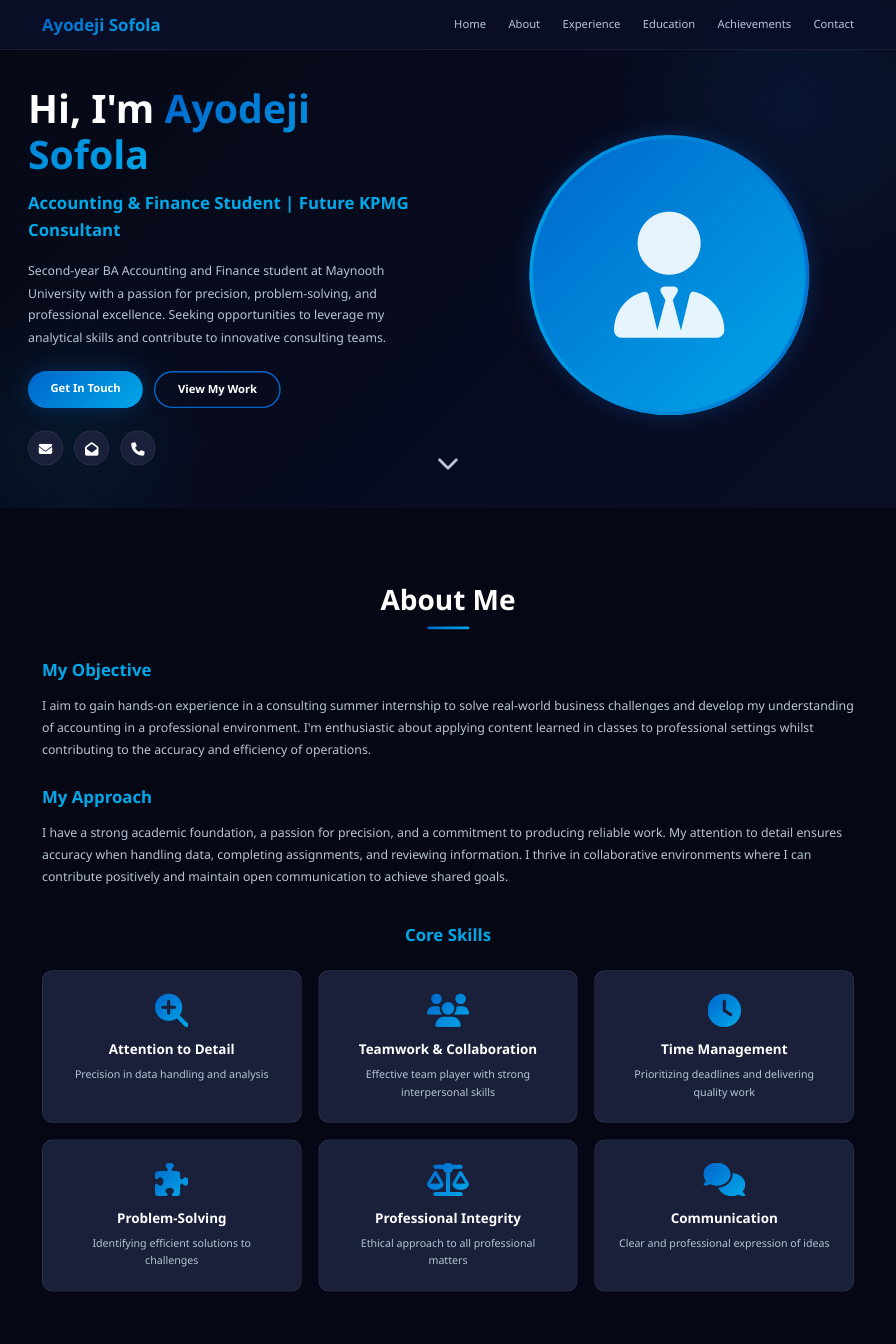
Repository: Daniel-01000/Ayodeji-s_Website
Page: index.html
These files come from the project's save history. The page is drawn as it stood at one moment and after the next save; the edit follows.
The browser window is 1280 px wide. The pictures show the part of the page from y = 0 to 1920 px (the page is 6713 px tall before and 6707 px after), at 70% of full size.

Above is the page before, as saved 2025-11-30 03:57:37.

### index.html
<!DOCTYPE html>
<html lang="en">
<head>
    <meta charset="UTF-8">
    <meta name="viewport" content="width=device-width, initial-scale=1.0">
    <title>Ayodeji Sofola - Portfolio</title>
    <link rel="stylesheet" href="styles.css">
    <link rel="stylesheet" href="https://cdnjs.cloudflare.com/ajax/libs/font-awesome/6.4.0/css/all.min.css">
</head>
<body>
    <!-- Navigation -->
    <nav class="navbar">
        <div class="nav-container">
            <a href="#home" class="nav-logo">Ayodeji Sofola</a>
            <ul class="nav-menu">
                <li><a href="#home" class="nav-link">Home</a></li>
                <li><a href="#about" class="nav-link">About</a></li>
                <li><a href="#experience" class="nav-link">Experience</a></li>
                <li><a href="#education" class="nav-link">Education</a></li>
                <li><a href="#achievements" class="nav-link">Achievements</a></li>
                <li><a href="#contact" class="nav-link">Contact</a></li>
            </ul>
            <div class="hamburger">
                <span class="bar"></span>
                <span class="bar"></span>
                <span class="bar"></span>
            </div>
        </div>
    </nav>

    <!-- Hero Section -->
    <section id="home" class="hero">
        <div class="hero-container">
            <div class="hero-content">
                <h1 class="hero-title">
                    Hi, I'm <span class="gradient-text">Ayodeji Sofola</span>
                </h1>
                <p class="hero-subtitle">Accounting & Finance Student | Future KPMG Consultant</p>
                <p class="hero-description">
                    Second-year BA Accounting and Finance student at Maynooth University with a passion for precision,
                    problem-solving, and professional excellence. Seeking opportunities to leverage my analytical skills
                    and contribute to innovative consulting teams.
                </p>
                <div class="hero-buttons">
                    <a href="#contact" class="btn btn-primary">Get In Touch</a>
                    <a href="#experience" class="btn btn-secondary">View My Work</a>
                </div>
                <div class="hero-social">
                    <a href="mailto:AYODEJI.SOFOLA.2025@mumail.ie" class="social-link" title="Email">
                        <i class="fas fa-envelope"></i>
                    </a>
                    <a href="mailto:DSOFOLA8@GMAIL.COM" class="social-link" title="Alternate Email">
                        <i class="fas fa-envelope-open"></i>
                    </a>
                    <a href="tel:0899871256" class="social-link" title="Phone">
                        <i class="fas fa-phone"></i>
                    </a>
                </div>
            </div>
            <div class="hero-image">
                <div class="image-placeholder">
                    <i class="fas fa-user-tie"></i>
                </div>
            </div>
        </div>
        <div class="scroll-indicator">
            <a href="#about">
                <i class="fas fa-chevron-down"></i>
            </a>
        </div>
    </section>

    <!-- About Section -->
    <section id="about" class="about">
        <div class="container">
            <h2 class="section-title">About Me</h2>
            <div class="about-content">
                <div class="about-text">
                    <h3>My Objective</h3>
                    <p>
                        I aim to gain hands-on experience in a consulting summer internship to solve real-world business challenges
                        and develop my understanding of accounting in a professional environment. I'm enthusiastic about applying
                        content learned in classes to professional settings whilst contributing to the accuracy and efficiency of operations.
                    </p>

                    <h3>My Approach</h3>
                    <p>
                        I have a strong academic foundation, a passion for precision, and a commitment to producing reliable work.
                        My attention to detail ensures accuracy when handling data, completing assignments, and reviewing information.
                        I thrive in collaborative environments where I can contribute positively and maintain open communication to achieve shared goals.
                    </p>
                </div>

                <div class="skills-container">
                    <h3>Core Skills</h3>
                    <div class="skills-grid">
                        <div class="skill-card">
                            <i class="fas fa-search-plus"></i>
                            <h4>Attention to Detail</h4>
                            <p>Precision in data handling and analysis</p>
                        </div>
                        <div class="skill-card">
                            <i class="fas fa-users"></i>
                            <h4>Teamwork & Collaboration</h4>
                            <p>Effective team player with strong interpersonal skills</p>
                        </div>
                        <div class="skill-card">
                            <i class="fas fa-clock"></i>
                            <h4>Time Management</h4>
                            <p>Prioritizing deadlines and delivering quality work</p>
                        </div>
                        <div class="skill-card">
                            <i class="fas fa-puzzle-piece"></i>
                            <h4>Problem-Solving</h4>
                            <p>Identifying efficient solutions to challenges</p>
                        </div>
                        <div class="skill-card">
                            <i class="fas fa-balance-scale"></i>
                            <h4>Professional Integrity</h4>
                            <p>Ethical approach to all professional matters</p>
                        </div>
                        <div class="skill-card">
                            <i class="fas fa-comments"></i>
                            <h4>Communication</h4>
                            <p>Clear and professional expression of ideas</p>
                        </div>
                    </div>
                </div>
            </div>
        </div>
    </section>

    <!-- Experience Section -->
    <section id="experience" class="experience">
        <div class="container">
            <h2 class="section-title">Experience</h2>
            <div class="timeline">
                <div class="timeline-item">
                    <div class="timeline-dot"></div>
                    <div class="timeline-content">
                        <div class="timeline-date">Recent</div>
                        <h3>Work Placement - PurePharmacy, Dundalk</h3>
                        <ul class="timeline-list">
                            <li>
                                <i class="fas fa-check-circle"></i>
                                Gained experience handling confidential information by following set procedures
                            </li>
                            <li>
                                <i class="fas fa-check-circle"></i>
                                Supported daily operational tasks, strengthening organisation and teamwork abilities in a professional workplace
                            </li>
                            <li>
                                <i class="fas fa-check-circle"></i>
                                Learned the importance of efficiency and accuracy in a fast-paced environment
                            </li>
                        </ul>
                    </div>
                </div>

                <div class="timeline-item">
                    <div class="timeline-dot"></div>
                    <div class="timeline-content">
                        <div class="timeline-date">Ongoing</div>
                        <h3>Homework Tutor</h3>
                        <ul class="timeline-list">
                            <li>
                                <i class="fas fa-check-circle"></i>
                                Helped primary school and junior cert students with completing homework by explaining questions clearly and communicating effectively
                            </li>
                            <li>
                                <i class="fas fa-check-circle"></i>
                                Explained concepts clearly and adapted different teaching methods to cater to each student
                            </li>
                            <li>
                                <i class="fas fa-check-circle"></i>
                                Developed planning and mentoring skills by helping students build confidence in their academics
                            </li>
                        </ul>
                    </div>
                </div>
            </div>
        </div>
    </section>

    <!-- Education Section -->
    <section id="education" class="education">
        <div class="container">
            <h2 class="section-title">Education</h2>
            <div class="education-content">
                <div class="education-card">
                    <div class="education-header">
                        <div>
                            <h3>Maynooth University</h3>
                            <p class="education-degree">BA Accounting and Finance</p>
                        </div>
                        <div class="education-date">September 2024 - May 2027</div>
                    </div>
                    <div class="education-body">
                        <div class="education-grade">
                            <strong>Expected Grade:</strong> First Class Honours
                            <br>
                            <span class="current-grade">Currently achieving an Upper Second Class, 2:1</span>
                        </div>

                        <div class="modules-section">
                            <h4><i class="fas fa-book"></i> Core Modules Studied:</h4>
                            <div class="modules-grid">
                                <div class="module-tag">Financial Accounting I & II</div>
                                <div class="module-tag">Management & Cost Accounting</div>
                                <div class="module-tag">Corporate Finance</div>
                                <div class="module-tag">Fundamentals of Finance and Accounting</div>
                                <div class="module-tag">Economics</div>
                                <div class="module-tag">Personal and Business Taxation</div>
                                <div class="module-tag">Quantitative Methods for Economics and Business</div>
                            </div>
                        </div>

                        <p class="education-note">
                            <i class="fas fa-star"></i>
                            Developing a strong foundation in accounting principles, financial analysis, and economic reasoning
                        </p>
                    </div>
                </div>
            </div>
        </div>
    </section>

    <!-- Achievements Section -->
    <section id="achievements" class="achievements">
        <div class="container">
            <h2 class="section-title">Achievements</h2>
            <div class="achievements-grid">
                <div class="achievement-card">
                    <div class="achievement-icon">
                        <i class="fas fa-trophy"></i>
                    </div>
                    <h3>SciFest Award Winner</h3>
                    <h4>Chemistry Project: Oxidation of Apples</h4>
                    <p>
                        Awarded a chemistry prize at SciFest, Ireland's largest second-level STEM fair, for conducting research
                        and experimentation analysis on the chemical changes in apples as they ripen. This research strengthened
                        my problem-solving and analytical skills, as it is needed for collecting and interpreting data, finding
                        patterns, and forming evidence-based conclusions.
                    </p>
                    <p class="achievement-impact">
                        <strong>Impact:</strong> Developed ability to work with precision - skills I continue to use in my
                        academic work and will take into a professional environment.
                    </p>
                </div>

                <div class="achievement-card">
                    <div class="achievement-icon">
                        <i class="fas fa-presentation"></i>
                    </div>
                    <h3>BT Young Scientist Participant</h3>
                    <h4>BTYSE - Technology Exhibition</h4>
                    <p>
                        Selected to present my scientific research at one of Ireland's most prestigious STEM competitions.
                        Communicating my findings to judges and peers allowed me to demonstrate effective communication and
                        interpersonal skills.
                    </p>
                    <p class="achievement-impact">
                        <strong>Impact:</strong> Enhanced ability to express ideas clearly and professionally, crucial for
                        consulting and client-facing roles.
                    </p>
                </div>
            </div>
        </div>
    </section>

    <!-- Interests Section -->
    <section id="interests" class="interests">
        <div class="container">
            <h2 class="section-title">Personal Interests</h2>
            <div class="interests-content">
                <div class="interest-card">
                    <div class="interest-icon">
                        <i class="fas fa-book-reader"></i>
                    </div>
                    <h3>Reading</h3>
                    <p>
                        I enjoy reading books that explore different ideas and views. I recently read <em>The Housemaid</em>
                        by Freida McFadden, an exciting thriller that strengthened my ability to analyse different motives.
                        I am currently reading <em>Making It Big</em> by Femi Otedola, a book about entrepreneurship and finance.
                    </p>
                    <p class="interest-benefit">
                        Reading helps develop my reflective and analytical thinking, essential skills for consulting and
                        financial analysis.
                    </p>
                </div>
            </div>
        </div>
    </section>

    <!-- Contact Section -->
    <section id="contact" class="contact">
        <div class="container">
            <h2 class="section-title">Get In Touch</h2>
            <p class="contact-subtitle">
                I'm currently seeking opportunities for summer internships in consulting, particularly at KPMG.
                I'd love to discuss how I can contribute to your team!
            </p>

            <div class="contact-grid">
                <div class="contact-card">
                    <div class="contact-icon">
                        <i class="fas fa-envelope"></i>
                    </div>
                    <h3>Email</h3>
                    <a href="mailto:AYODEJI.SOFOLA.2025@mumail.ie">AYODEJI.SOFOLA.2025@mumail.ie</a>
                    <a href="mailto:DSOFOLA8@GMAIL.COM">DSOFOLA8@GMAIL.COM</a>
                </div>

                <div class="contact-card">
                    <div class="contact-icon">
                        <i class="fas fa-phone"></i>
                    </div>
                    <h3>Phone</h3>
                    <a href="tel:0899871256">089 987 1256</a>
                </div>

                <div class="contact-card">
                    <div class="contact-icon">
                        <i class="fas fa-map-marker-alt"></i>
                    </div>
                    <h3>Location</h3>
                    <p>Maynooth, Ireland</p>
                </div>
            </div>

            <div class="cta-section">
                <h3>Why KPMG Consulting?</h3>
                <p>
                    I am drawn to KPMG Consulting because of its exposure to diverse industries and its emphasis on innovation.
                    I am confident that my dedication and eagerness to learn will allow me to make a positive impact during my placement.
                </p>
            </div>
        </div>
    </section>

    <!-- Footer -->
    <footer class="footer">
        <div class="container">
            <p>&copy; 2025 Ayodeji Sofola. All rights reserved.</p>
            <p>Built with dedication and attention to detail</p>
        </div>
    </footer>

    <script src="script.js"></script>
</body>
</html>

Loaded but not shown: script.js (259 lines, source omitted); styles.css (1099 lines, source omitted)

After the next save:
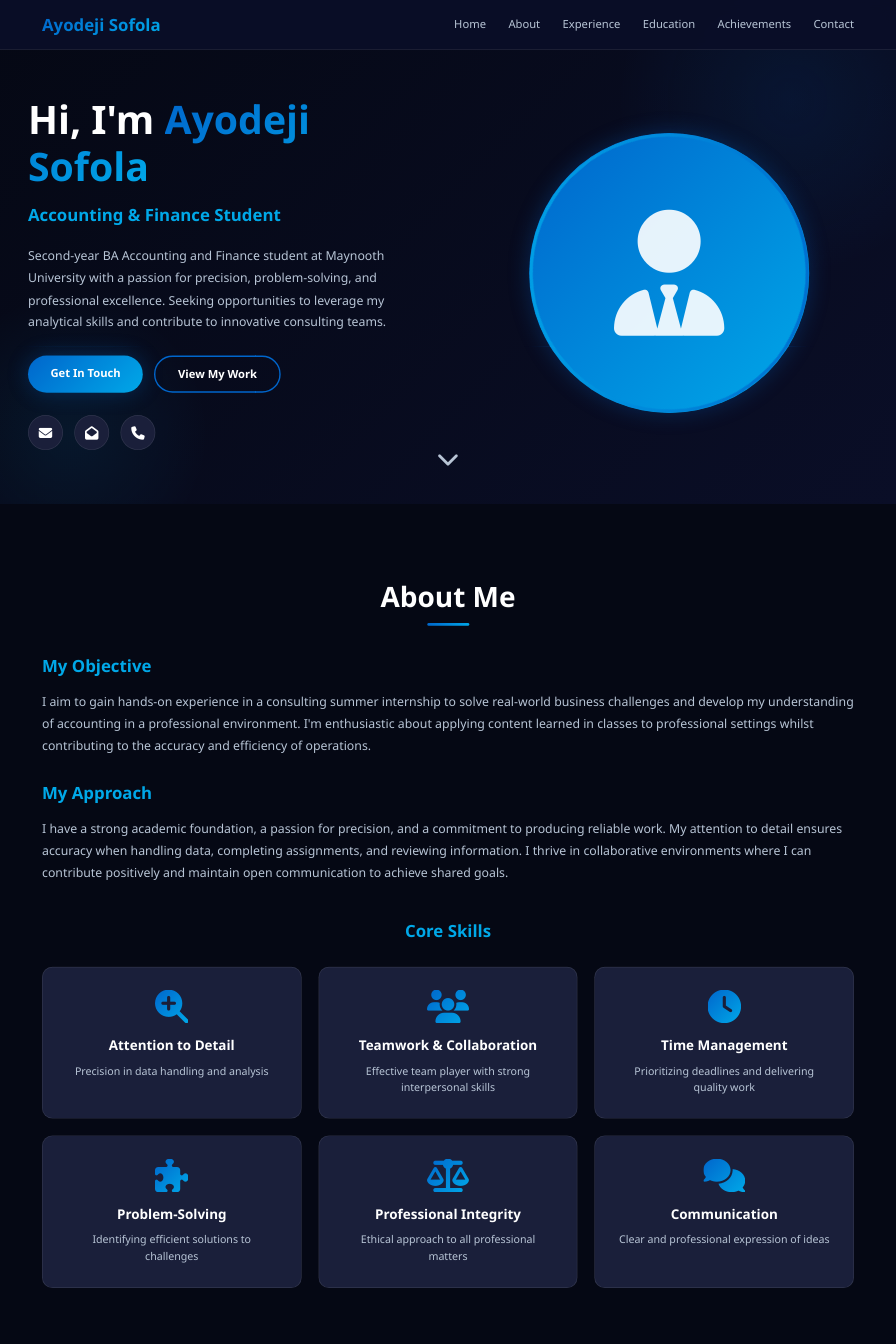
Saved 4 min 22 s later.
--- a/index.html
+++ b/index.html
@@ -35,7 +35,7 @@
                 <h1 class="hero-title">
                     Hi, I'm <span class="gradient-text">Ayodeji Sofola</span>
                 </h1>
-                <p class="hero-subtitle">Accounting & Finance Student | Future KPMG Consultant</p>
+                <p class="hero-subtitle">Accounting & Finance Student</p>
                 <p class="hero-description">
                     Second-year BA Accounting and Finance student at Maynooth University with a passion for precision,
                     problem-solving, and professional excellence. Seeking opportunities to leverage my analytical skills
